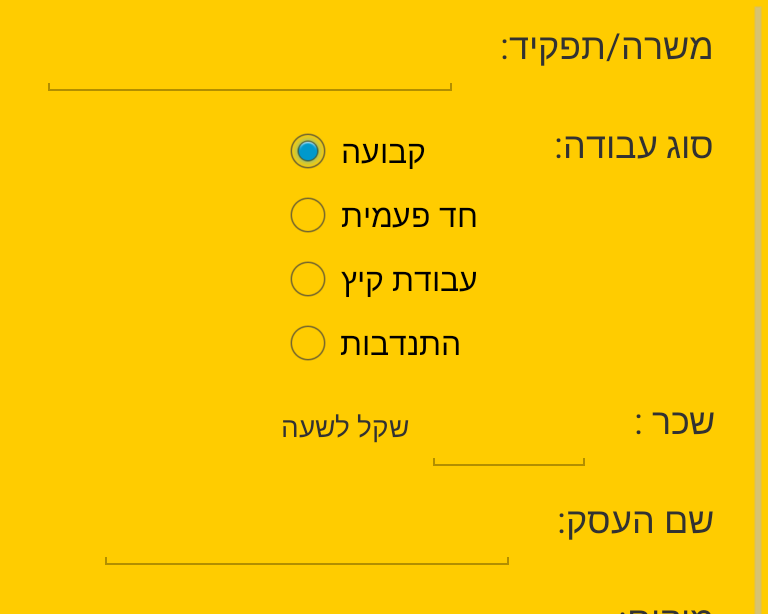
Repository: rodi055/jobli
Layout: Jobli/res/layout/fragment_create_job.xml
The author's editor kept a copy of each file at every save. The layout is drawn from the files as they stood at one save, then again after the next save.
The pictures show rows 0 to 614 of an output 1280 px tall.
Pictures or frames that could not be fetched are drawn as grey boxes. It is drawn on a 768 x 1280 px phone screen (xhdpi) without system bars, with theme AppTheme; the app's code is not run. The app's manifest (not shown) leaves right-to-left support off. So textAlignment, textDirection and layoutDirection are ignored, and left and right values win over start and end ones.

Above is the layout before, as saved 2015-01-03 14:52:42.

After the next save:
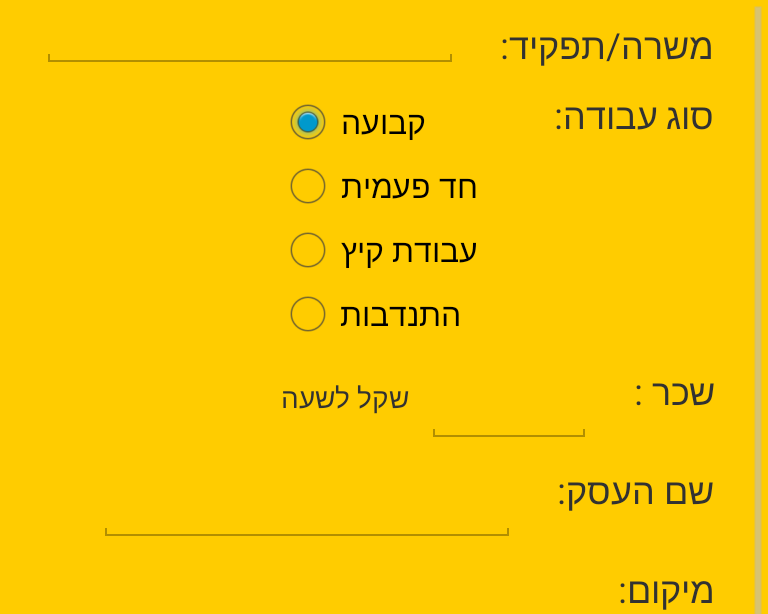
Saved 99 s later.
--- a/Jobli/res/layout/fragment_create_job.xml
+++ b/Jobli/res/layout/fragment_create_job.xml
@@ -40,7 +40,7 @@
                     android:id="@+id/editText1"
                     android:layout_width="wrap_content"
                     android:layout_height="wrap_content"
-                    android:layout_alignTop="@+id/textView1"
+                    android:layout_alignBottom="@+id/textView1"
                     android:layout_marginEnd="20dp"
                     android:layout_marginRight="20dp"
                     android:layout_toLeftOf="@+id/textView1"
